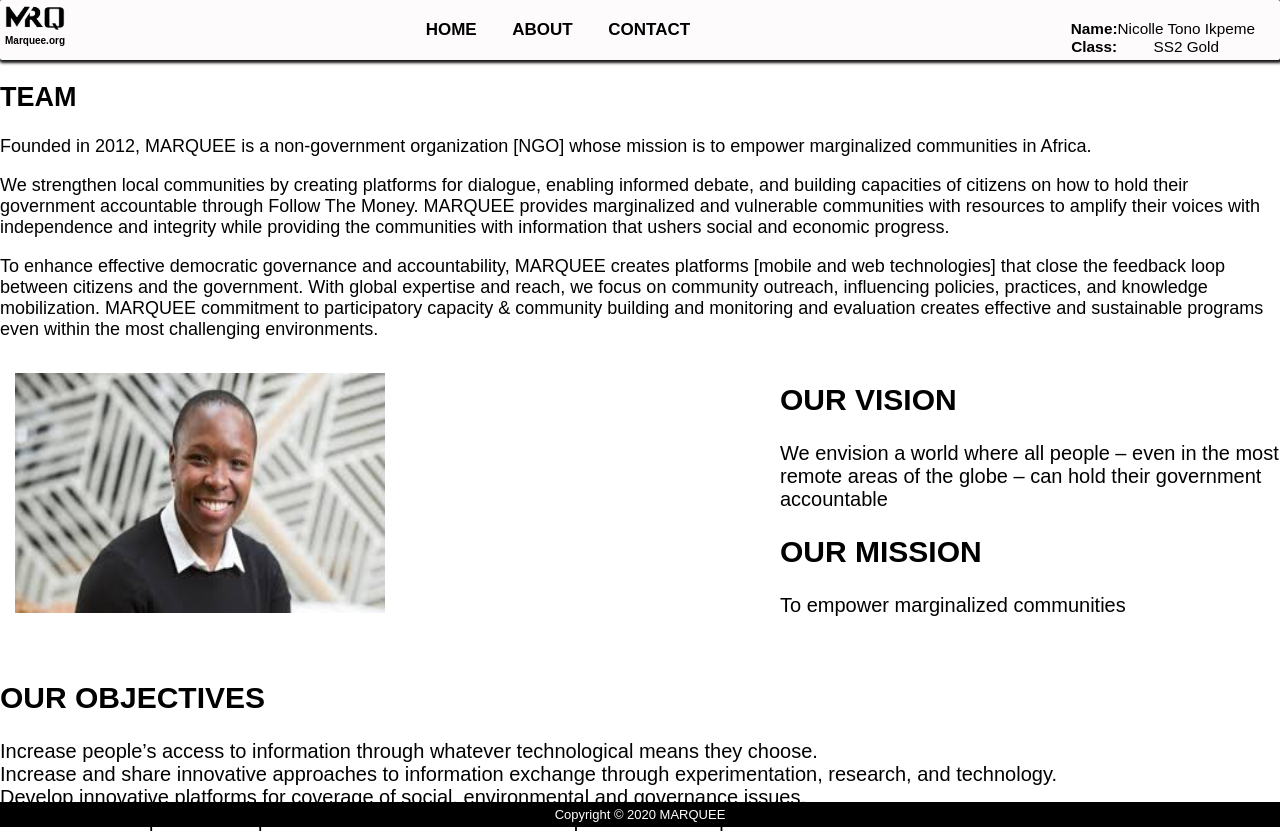
Repository: pboi18/Marquee.org
Page: about.html
The author's editor kept a copy of each file at every save. The page is drawn from the files as they stood at one save, then again after the next save.
The browser window is 1280 px wide. The pictures show the whole page.

Above is the page before, as saved 2020-07-11 23:08:09.

### about.html
<!DOCTYPE html>
<html>
    <head>
        <meta charset="utf-8">
        <link rel="icon" type="image/png" sizes="16x16" href="img/logo.png">
        <title>Marquee</title>

        <link rel="stylesheet" href="style.css" >
        <link rel="stylesheet" href="normalize.css" >


    </head>

    <body>

        <div class="main">
            <nav>

                    <div class="navbar2">
                        <div class="logo">
                            <img src="img/logo2.jpg" alt="MARQUEE" style="width: 60px; height: 25px;">
                            <p style="font-weight:bold; font-size: x-small; margin: 0px;">Marquee.org</p>
                        </div>
                        <ul class="main-nav">
                            <li>
                                <a href="home.html">
                                    Home
                                </a>
                            </li>

                            <li>
                                <a href="about.html">
                                    ABOUT
                                </a>
                            </li>

                            <li>
                                <a href="contact.html">
                                    CONTACT
                                </a>
                            </li>

                            <li style="float: right;">
                                <table class="id">
                                    <tr>
                                        <th>Name:</th>
                                        <td> Nicolle Tono Ikpeme</td>
                                    </tr>

                                    <tr>
                                        <th>Class:</th>
                                        <td> SS2 Gold</td>
                                    </tr>

                                </table>
                            </li>

                        </ul>
                    </div>

            </nav>

            <main>
                <div style="font-size: 90%;">
                    <h2>TEAM</h2>

                    <p>Founded in 2012, MARQUEE is a non-government organization [NGO] whose mission is to empower
                        marginalized communities in Africa.

                    </p>


                    <p>
                        We strengthen local communities by creating platforms for dialogue, enabling informed
                        debate, and building capacities of citizens on how to hold their government accountable
                        through Follow The Money.  MARQUEE provides marginalized and vulnerable communities with
                        resources to amplify their voices with independence and integrity while providing the communities
                        with information that ushers social and economic progress.
                    </p>

                    <p>
                        To enhance effective democratic governance and accountability, MARQUEE creates platforms
                        [mobile and web technologies] that close the feedback loop between citizens and the government.
                        With global expertise and reach, we focus on community outreach, influencing policies, practices, and
                        knowledge mobilization. MARQUEE commitment to participatory capacity & community building and
                        monitoring and evaluation creates effective and sustainable programs even within the most challenging
                        environments.
                    </p>
                </div>

                <div>
                    <img src="img/download.jpg" alt="picture of a woman" style="float: left; width: 400px; height: 270px; padding: 15px; margin: auto;">

                    <div style="float: right; width: 500px; margin: auto;">
                        <h2>OUR VISION</h2>
                        <p>We envision a world where all people – even in the most remote areas of the globe – can hold
                            their government accountable
                        </p>
                        <h2>OUR MISSION</h2>
                        <p>To empower marginalized communities</p>
                    </div><br>

                    <div style="margin-top: 300px;">
                        <h2>
                            OUR OBJECTIVES
                        </h2>

                        <ul>
                            <li>
                                Increase people’s access to information through whatever technological means they choose.
                            </li>
                            <li>
                                Increase and share innovative approaches to information exchange through experimentation, research, and technology.
                            </li>
                            <li>
                                Develop innovative platforms for coverage of social, environmental and governance issues.
                        </li>
                            <li>
                                Increase the adoption and implementation of international development laws and policies.
                            </li>
                        </ul>
                    </div>
                </div>
            </main>


        </div>

        <footer>
            <P style="color: white; text-align: center; margin: 0; padding: 5px; font-size: small;">
                Copyright &copy; 2020 MARQUEE
            </P>
        </footer>
    </body>
</html>

### style.css
* {
    margin: o;
    padding: 0;
    box-sizing: border-box;
}

html {
    background-color: #fff;
    max-width: 100%;
    font-size: 20px;
    font-weight: 300;
    font-family: Arial, Helvetica, sans-serif;
    text-rendering: optimizeLegibility;
}



h1 {
    margin: 0;
}

label {
    display: block;
    padding: 10px;
}

input {
    display: block;
    width: 100%;
    height: 35px;
    border-radius: 5px;
    border: 2px #000 solid;
}

button {
    border-radius: 5px;
    border: 2px #000 solid;
}

textarea {
    display: block;
    height: 100px;
    width: 100%;
    border: 2px #000 solid;
    border-radius: 5px;
}
/* header {
    background-image: linear-gradient( rgba(0, 0, 0, 0.4), rgba(0, 0, 0, 0.4)), url(img/home.jpg);
    height: 100vh;
    background-size: cover;
    background-position: center;
} */


.logo {
    height: 40px;
    width: 60px;
    float: left;
    margin: 5px;
}

.main-nav {
    list-style: none;
    margin: auto;
    margin-top: 10px;
    text-align: center;


}

.main-nav li {
    display: inline-block;
    margin: 10px 15px;
    font-size: 85%;

}

.main-nav li a:link,
.main-nav li a:visited {
    color: #000;
    text-decoration: none;
    text-transform: uppercase;
    font-weight: bold;
    padding: 3px 0px;
    border-bottom: 3px solid transparent;
    transition: border-bottom 0.2s;
}

.main-nav li a:hover,
.main-nav li a:active {
    border-bottom: 3px solid rgb(158, 0, 0);
}
.id {
    display: inline;
    padding: 10px;
    font-size: 90%;
}

.navbar {
    height: 50px;
    width: 100%;
    display: inline-block;
    border-radius: 2px;
    box-shadow: 0px 3px -1px 2px rgb(190, 189, 189);
    position: fixed;
    background-color: rgb(253, 251, 251);
}

.navbar2 {
    height: 60px;
    width: 100%;
    display: inline-block;
    border-radius: 2px;
    box-shadow: 1px 1px 3px 2px rgb(20, 20, 20);
    /* position: fixed; */
    background-color: rgb(253, 251, 251);
}

.numb {
    border: solid 5px rgb(63, 62, 62);
    text-align: center;
    width: 40px;
    height: 30px;
    align-self: center;
    border-radius: 50%;
    margin: auto;
    background-color: rgb(63, 62, 62);
    color: white;
}
.wup {
    padding-top: 10px;

    background: linear-gradient(180deg, #DF2828 5.21%, rgba(223, 40, 40, 0.427083) 55.73%, rgba(223, 40, 40, 0.427083) 64.06%, rgba(223, 40, 40, 0.427083) 73.44%, rgba(222, 17, 17, 0.427083) 100%, rgba(170, 77, 77, 0) 100%);
}

.cover {
    border-radius: 5px;
    margin: auto;
}

.sec {
    background-color: black;
    height: 280px;
    width: 100%;
    text-align: center;
}



main {
    height: 100vh;
    margin: auto;
}

.con {
    width: 90%;
    margin: auto;
    margin-bottom: 50px;
}
.contact {
    text-align: center;
    margin: auto;
    margin-bottom: 50px;
}
.image {
    width: 550px;
    height: 500px;
    float: left;
}

.form2 {
    float: right;
    text-align: left;
    font-size: 85%;
    font-weight: bold;
}

footer {
    background-color: #000;
}

Loaded but not shown: normalize.css (library)

After the next save:
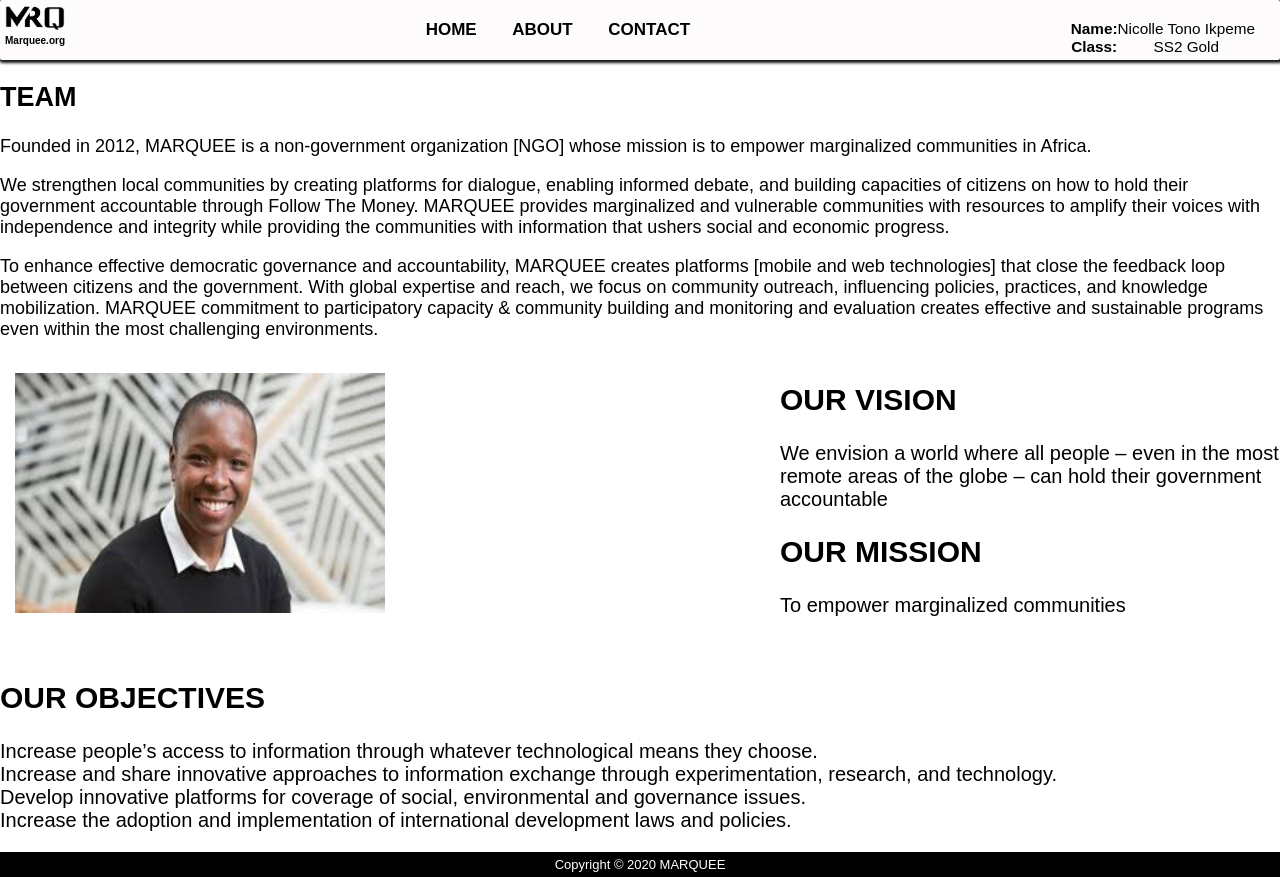
Saved 61 s later.
--- a/style.css
+++ b/style.css
@@ -148,7 +148,6 @@ textarea {
 
 
 main {
-    height: 100vh;
     margin: auto;
 }
 
